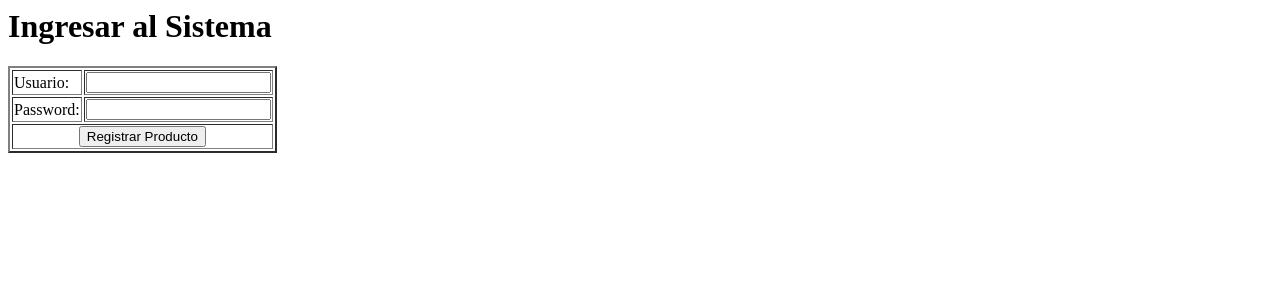
Repository: SaulSanchz/LPII_CL2_SanchezUrbanoSaul
Page: http://localhost/LP2_CL2_SanchezUrbanoSaul/
The author's editor kept a copy of each file at every save. The page is drawn from the files as they stood at one save, then again after the next save.
The browser window is 1280 px wide. The pictures show the whole page.
The page is served by Tomcat 9. Other server files are loaded and not shown.

Above is the page before, as saved 2024-06-23 10:47:53.

### LP2_CL2_SanchezUrbanoSaul/src/main/webapp/index.jsp
<html>
<body>

	<h1>
		<strong>Ingresar al Sistema</strong>
	</h1>

	<form action="ControladorProducto" method="post">

		<table border="2">
			<tr>
				<td>Usuario: </td>
				<td><input type="text" name="usuario"></td>
			</tr>
			<tr>
				<td>Password: </td>
				<td><input type="text" name="password"></td>
			</tr>
			<tr>
				<td colspan="2" align="center">
					<input type="submit" value="Registrar Producto">
				</td>
			</tr>
		</table>

	</form>

</body>
</html>

After the next save:
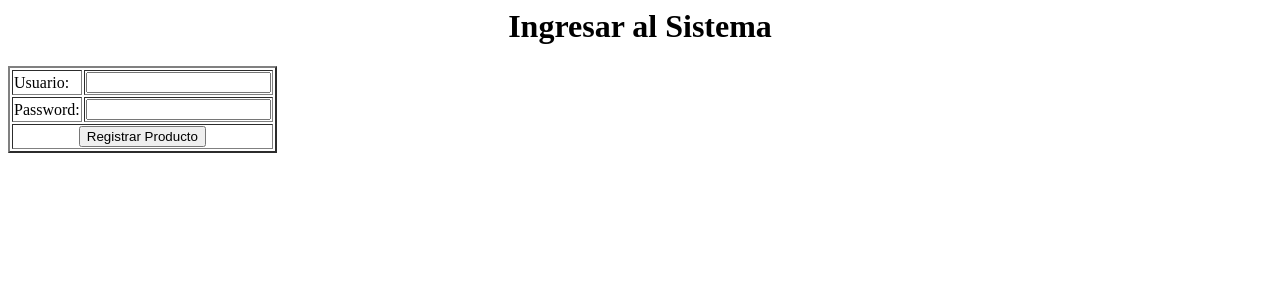
Saved 24 s later.
--- a/LP2_CL2_SanchezUrbanoSaul/src/main/webapp/index.jsp
+++ b/LP2_CL2_SanchezUrbanoSaul/src/main/webapp/index.jsp
@@ -1,7 +1,7 @@
 <html>
 <body>
 
-	<h1>
+	<h1 align="center">
 		<strong>Ingresar al Sistema</strong>
 	</h1>
 
